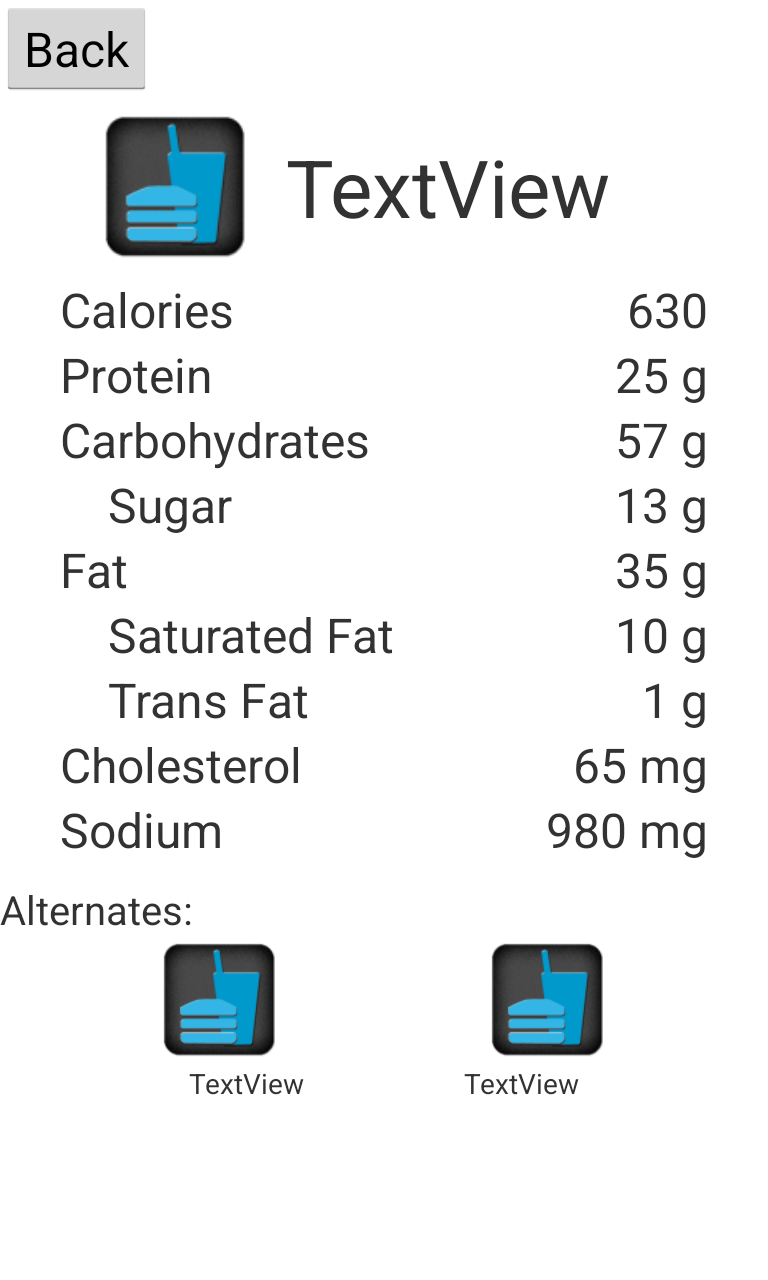
Repository: vitchyr/javoe
Layout: FirstRelease/res/layout/food.xml
An editor plug-in stored every save of this project. The layout is shown before and after the next save, followed by the edit.
It is drawn on a 768 x 1280 px phone screen (xhdpi) without system bars, with theme AppTheme; the app's code is not run.

Above is the layout before, as saved 2013-08-19 00:34:26.

After the next save:
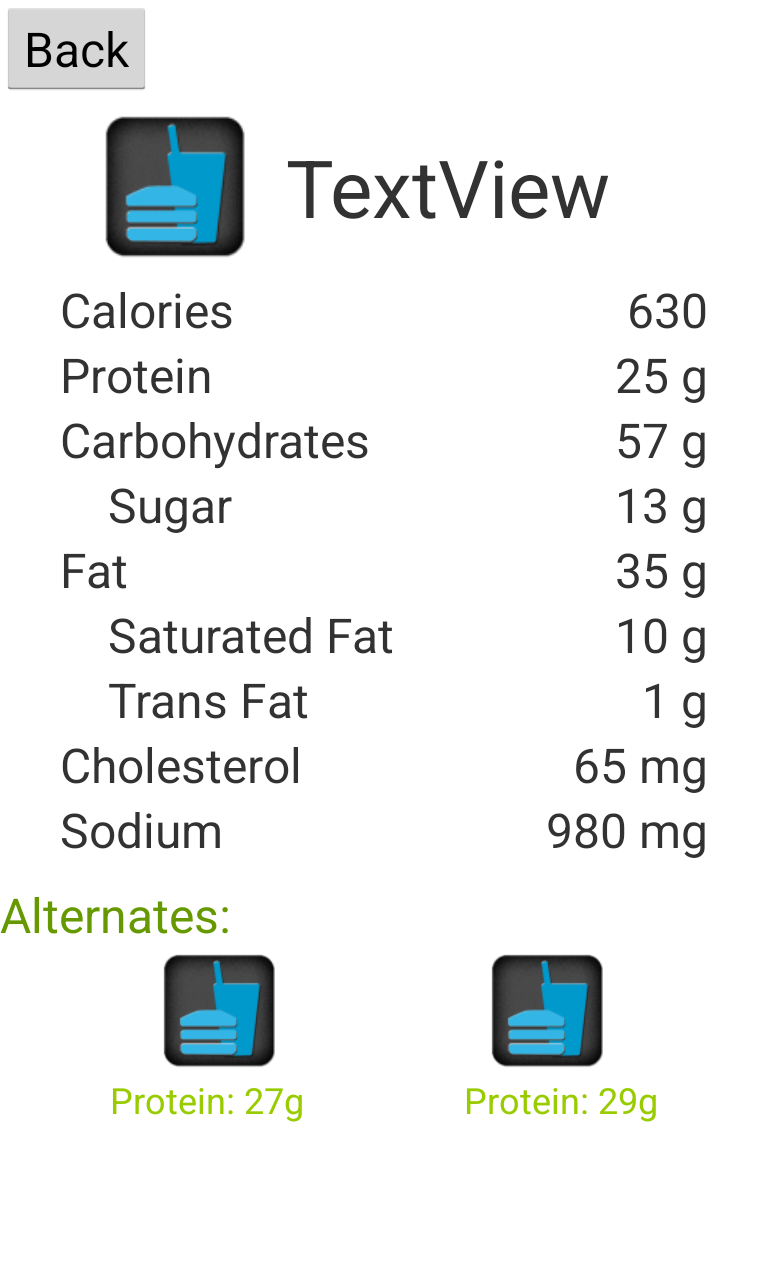
Saved 4 min 56 s later.
--- a/FirstRelease/res/layout/food.xml
+++ b/FirstRelease/res/layout/food.xml
@@ -203,7 +203,8 @@
         android:layout_width="wrap_content"
         android:layout_height="wrap_content"
         android:text="Alternates:"
-        android:textSize="20sp" />
+        android:textColor="#669900"
+        android:textSize="24sp" />
 
     <LinearLayout
         android:layout_width="match_parent"
@@ -238,8 +239,9 @@
             android:id="@+id/textView25"
             android:layout_width="wrap_content"
             android:layout_height="wrap_content"
-            android:text="TextView"
-            android:textSize="14sp" />
+            android:text="Protein: 27g"
+            android:textColor="#99CC00"
+            android:textSize="18sp" />
 
         <TextView
             android:id="@+id/textView26"
@@ -250,8 +252,9 @@
             android:id="@+id/textView27"
             android:layout_width="wrap_content"
             android:layout_height="wrap_content"
-            android:text="TextView"
-            android:textSize="14sp" />
+            android:text="Protein: 29g"
+            android:textColor="#99CC00"
+            android:textSize="18sp" />
 
     </LinearLayout>
 
